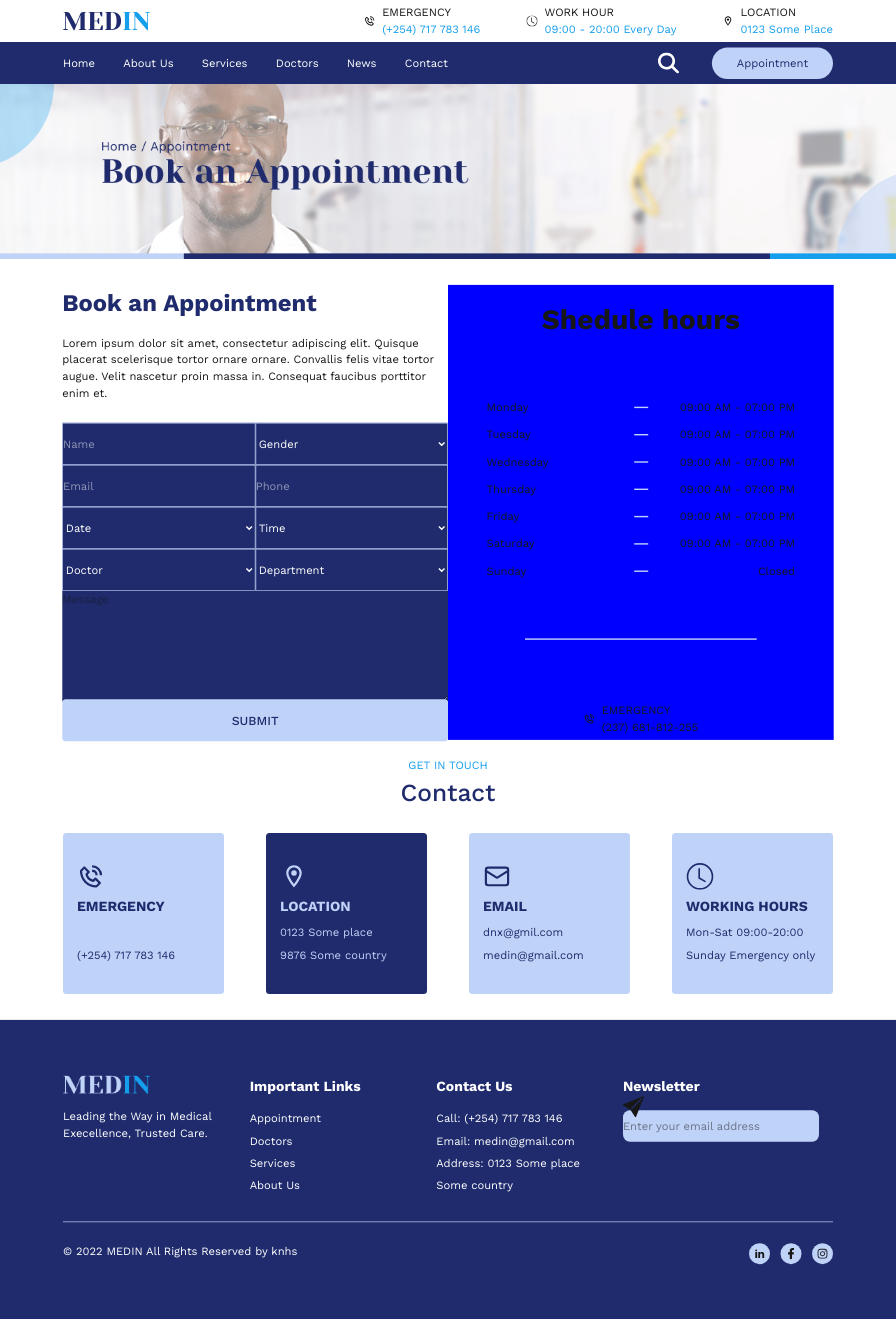
Repository: SynHK3/Poc_Hospital
Page: /appointment (app in fe_hospital/)
These files come from the project's save history. The page is drawn as it stood at one moment and after the next save; the edit follows.
The browser window is 1280 px wide. The pictures show the whole page, at 70% of full size.
The project was rebuilt for these pictures with package versions that can differ from the ones it lists, and the page was loaded fresh each time. The framework's server and built-in components were replaced by stand-ins that run in the browser. Also part of the build but not shown: fe_hospital/next.config.ts.

Above is the page before, as saved 2025-09-02 22:51:50.

### fe_hospital/src/app/layout.tsx
import type { Metadata } from "next";
import { Geist, Geist_Mono, Work_Sans } from "next/font/google";
import "./globals.css";

const geistSans = Geist({
  variable: "--font-geist-sans",
  subsets: ["latin"],
});

const geistMono = Geist_Mono({
  variable: "--font-geist-mono",
  subsets: ["latin"],
});

const workSans = Work_Sans({
  subsets: ["latin"],
  weight: ["400", "500", "600", "700"], // chọn các weight cần
});

export const metadata: Metadata = {
  title: "Create Next App",
  description: "Generated by create next app",
};

export default function RootLayout({
  children,
}: Readonly<{
  children: React.ReactNode;
}>) {
  return (
    <html lang="en">
      <body
        className={`${workSans.className} ${geistMono.variable} antialiased`}
      >
        {children}
      </body>
    </html>
  );
}

### fe_hospital/src/app/appointment/page.tsx
import Header from "@/components/header/header";
import "./appointment.css";
import Contact from "@/components/contact/contact";
import Footer from "@/components/footer/footer";

import { BiPhoneCall } from "react-icons/bi";

export default function Appointment() {
  return (
    <div>
      <Header></Header>
      <div className="container__content--appointment">
        <div className="content__banner--appointment"></div>

        <div className="content--form--appointment">
          <div className="layout__content--submit--form--appointment">
            {/* Start Form Book Appointment */}
            <div className="container__form--submit--appointment">
              <h1 className="form__title">Book an Appointment</h1>
              <p className="form__description">
                Lorem ipsum dolor sit amet, consectetur adipiscing elit. Quisque
                placerat scelerisque tortor ornare ornare. Convallis felis vitae
                tortor augue. Velit nascetur proin massa in. Consequat faucibus
                porttitor enim et.
              </p>
              <form className="form__appointment">
                <div className="form__group">
                  <input
                    type="text"
                    placeholder="Name"
                    className="form__input form__input--half"
                  />
                  <select className="form__select form__select--half">
                    <option>Gender</option>
                  </select>
                </div>
                <div className="form__group">
                  <input
                    type="email"
                    placeholder="Email"
                    className="form__input form__input--half"
                  />
                  <input
                    type="tel"
                    placeholder="Phone"
                    className="form__input form__input--half"
                  />
                </div>
                <div className="form__group">
                  <select className="form__select form__select--half">
                    <option>Date</option>
                  </select>
                  <select className="form__select form__select--half">
                    <option>Time</option>
                  </select>
                </div>
                <div className="form__group">
                  <select className="form__select form__select--half">
                    <option>Doctor</option>
                  </select>
                  <select className="form__select form__select--half">
                    <option>Department</option>
                  </select>
                </div>
                <textarea
                  placeholder="Message"
                  className="form__textarea"
                ></textarea>
                <button type="submit" className="btn__submit--appointment">
                  SUBMIT
                </button>
                {/* End Form Book Appointment */}
              </form>
            </div>

            {/* Start Shedule Appoinment */}
            <div className="container__shedule--appointment">
              <h2 className="shedule__title">Shedule hours</h2>
              <ul className="shedule__list">
                <li className="shedule__item">
                  <span className="day">Monday</span>
                  <span className="line--day--time"></span>
                  <span className="time">09:00 AM - 07:00 PM</span>
                </li>
                <li className="shedule__item">
                  <span className="day">Tuesday</span>
                  <span className="line--day--time"></span>
                  <span className="time">09:00 AM - 07:00 PM</span>
                </li>
                <li className="shedule__item">
                  <span className="day">Wednesday</span>
                  <span className="line--day--time"></span>
                  <span className="time">09:00 AM - 07:00 PM</span>
                </li>
                <li className="shedule__item">
                  <span className="day">Thursday</span>
                  <span className="line--day--time"></span>
                  <span className="time">09:00 AM - 07:00 PM</span>
                </li>
                <li className="shedule__item">
                  <span className="day">Friday</span>
                  <span className="line--day--time"></span>
                  <span className="time">09:00 AM - 07:00 PM</span>
                </li>
                <li className="shedule__item">
                  <span className="day">Saturday</span>
                  <span className="line--day--time"></span>
                  <span className="time">09:00 AM - 07:00 PM</span>
                </li>
                <li className="shedule__item">
                  <span className="day">Sunday</span>
                  <span className="line--day--time"></span>
                  <span className="time">Closed</span>
                </li>
              </ul>

              <div className="shedule__line"></div>

              <div className="shedule__info--contact">
                <div className="shedule__info--contact--item">
                  <BiPhoneCall className="icon__info--item"></BiPhoneCall>

                  <div className="shedule__info--contact--desc">
                    <h3>EMERGENCY</h3>
                    <h5>(237) 681-812-255</h5>
                  </div>
                </div>
              </div>

              {/* End Schedule Hours */}
            </div>
          </div>
        </div>
      </div>
      <Contact></Contact>
      <Footer></Footer>
    </div>
  );
}

### fe_hospital/src/components/header/header.tsx
import Logo from "../../images/Logo.svg";
import Image from "next/image";
import { BiPhoneCall } from "react-icons/bi";
import { FaMagnifyingGlass } from "react-icons/fa6";
import { BsClock } from "react-icons/bs";
import { MdOutlineLocationOn } from "react-icons/md";
import "./header.css";

export default function Header() {
  return (
    <div className="container__header">
      <div className="header__layout">
        <div className="header__headline">
          <Image src={Logo} width={125} height={42} alt=""></Image>

          <div className="header__headline--info">
            <div className="header__headline--info--item">
              <BiPhoneCall className="icon__info--item"></BiPhoneCall>

              <div className="header__headline--info--desc">
                <h3>EMERGENCY</h3>
                <h5>(+254) 717 783 146</h5>
              </div>
            </div>

            <div className="header__headline--info--item">
              <BsClock className="icon__info--item"></BsClock>

              <div className="header__headline--info--desc">
                <h3>WORK HOUR</h3>
                <h5>09:00 - 20:00 Every Day</h5>
              </div>
            </div>

            <div className="header__headline--info--item">
              <MdOutlineLocationOn className="icon__info--item"></MdOutlineLocationOn>

              <div className="header__headline--info--desc">
                <h3>LOCATION</h3>
                <h5>0123 Some Place</h5>
              </div>
            </div>
          </div>
        </div>

        <div className="header__nav">
          <div className="layout__header--nav">
            <ul className="header__list--nav">
              <li>Home</li>
              <li>About Us</li>
              <li>Services</li>
              <li>Doctors</li>
              <li>News</li>
              <li>Contact</li>
            </ul>

            <div className="header__nav--appoinment">
              <FaMagnifyingGlass fontSize={30}></FaMagnifyingGlass>

              <button className="header__btn--appointment">Appointment</button>
            </div>
          </div>
        </div>
      </div>
    </div>
  );
}

### fe_hospital/src/app/appointment/appointment.css
.container__content--appointment {
  width: 100%;
  height: auto;
}

.content__banner--appointment {
  width: 100%;
  height: 250px;
  background-image: url("./images/Content__Header__Appointment.png");
  background-repeat: no-repeat;
  background-size: cover;
  background-position: center;
}

.content--form--appointment {
  display: flex;
  margin-top: 37px;
  width: 100%;
  height: 650px;

  align-items: center;
  justify-content: center;
}

.layout__content--submit--form--appointment {
  display: flex;
  width: 1102px;
  height: 650px;
}

/* CSS Form Appointment */

.container__form--submit--appointment {
  width: 50%;
  height: 650px;
}
.form__title {
  color: #1f2b6c;
  font-weight: bold;
  font-size: 34px;
}

.form__description {
  margin-top: 20px;
}

.form__appointment {
  margin-top: 30px;
}

.form__group {
  display: flex;
}

.form__input,
.form__select {
  width: 100%;
  height: 60px;
  background-color: #1f2b6c;
  border: 1px solid #bfd2f8;
  color: white;
  font-size: 1rem;
}

/* .form__select {
  appearance: none;
  background-image: url('data:[embedded picture, 232 characters]');
  background-repeat: no-repeat;
  background-position: right 15px center;
  background-size: 12px;
} */

.form__textarea {
  width: 100%;
  height: 158px;
  resize: vertical;
  background-color: #1f2b6c;
}

.btn__submit--appointment {
  margin-top: -10px;
  width: 100%;
  height: 60px;
  background-color: #bfd2f8;
  color: #1f2b6c;
  border-radius: 5px;
  font-size: 1.1rem;
  font-weight: 500;
  cursor: pointer;
}

/* End Form Appoint Ment */

/* Start Shedule Appoinment */

.container__shedule--appointment {
  display: flex;
  flex-direction: column;
  align-items: center;
  justify-content: space-between;
  width: 50%;
  height: 650px;
  background-color: blue;
}

.shedule__title {
  font-size: 2.5rem;
  font-weight: bold;
  margin-top: 20px;
  text-align: center;
}

.shedule__list {
  width: 80%;
  margin: 0 auto;
  display: flex;
  flex-direction: column;
  gap: 15px; /* khoảng cách giữa các item */
}

.shedule__item {
  display: flex;
  align-items: center;
}

.shedule__item .day {
  flex: 1;
  text-align: left;
}

.shedule__item .line--day--time {
  width: 20px; /* cố định 10px */
  height: 2px;
  background-color: #bfd2f8;
  margin: 0 8px;
}

.shedule__item .time {
  flex: 1;
  text-align: right;
}

.shedule__line {
  width: 331px;
  height: 2px;
  background-color: #bfd2f8;
}

.shedule__info--contact--item {
  height: 60px;
  display: flex;
  align-items: center;
}

.shedule__info--contact--desc {
}

/* End Shedule Appointment */

### fe_hospital/src/components/contact/contact.tsx
import "./contact.css";

import { BiPhoneCall } from "react-icons/bi";
import { MdOutlineLocationOn } from "react-icons/md";
import { LuMail } from "react-icons/lu";
import { BsClock } from "react-icons/bs";

export default function Contact() {
  return (
    <div className="container__contact">
      <div className="container__layout--contact">
        <div className="content__contact--headline">
          <h6>GET IN TOUCH</h6>
          <h1>Contact</h1>
        </div>

        <ul className="content__list--contact">
          <li>
            <div className="contact--item">
              <BiPhoneCall className="contact__item--icon"></BiPhoneCall>
              <h1>EMERGENCY</h1>

              <h3 style={{ visibility: "hidden" }}>dnx@gmil.com</h3>
              <p>(+254) 717 783 146</p>
            </div>
          </li>
          <li>
            <div className="contact--item">
              <MdOutlineLocationOn className="contact__item--icon"></MdOutlineLocationOn>
              <h1>LOCATION</h1>

              <p>0123 Some place</p>
              <p>9876 Some country</p>
            </div>
          </li>
          <li>
            <div className="contact--item">
              <LuMail className="contact__item--icon"></LuMail>
              <h1>EMAIL</h1>

              <p>dnx@gmil.com</p>
              <p>medin@gmail.com</p>
            </div>
          </li>
          <li>
            <div className="contact--item">
              <BsClock className="contact__item--icon"></BsClock>
              <h1 className="headline--item">WORKING HOURS</h1>

              <p>Mon-Sat 09:00-20:00</p>
              <p>Sunday Emergency only</p>
            </div>
          </li>
        </ul>
      </div>
    </div>
  );
}

### fe_hospital/src/components/footer/footer.tsx
import "./footer.css";
import { RiLinkedinFill } from "react-icons/ri";
import { FaFacebookF } from "react-icons/fa";
import { FaInstagram } from "react-icons/fa";
import Image from "next/image";
import LogoFooter from "../../images/Logo__Footer.png";
import { BsFillSendFill } from "react-icons/bs";

export default function Footer() {
  return (
    <div className="container__footer">
      <div className="container__layout--footer">
        <ul className="list__footer--item">
          <li>
            <div>
              <Image src={LogoFooter} width={125} height={42} alt=""></Image>
              <h1 className="headline__footer">
                Leading the Way in Medical Execellence, Trusted Care.
              </h1>
            </div>
          </li>
          <li>
            <div>
              <h1 className="footer--item--headline">Important Links</h1>
              <ul className="list--item--footer--link">
                <li>Appointment</li>
                <li>Doctors</li>
                <li>Services</li>
                <li>About Us</li>
              </ul>
            </div>
          </li>

          <li>
            <div>
              <h1 className="footer--item--headline">Contact Us</h1>
              <ul className="list--item--footer--contact">
                <li>Call: (+254) 717 783 146</li>
                <li>Email: medin@gmail.com</li>
                <li>Address: 0123 Some place</li>
                <li>Some country</li>
              </ul>
            </div>
          </li>
          <li>
            <div>
              <h1 className="footer--item--headline">Newsletter</h1>
              <div className="container__input--send--mail">
                <input
                  className="input__footer--send--mail"
                  placeholder="Enter your email address"
                ></input>

                <BsFillSendFill
                  className="footer__icon--send--mail"
                  fontSize={30}
                ></BsFillSendFill>
              </div>
            </div>
          </li>
        </ul>

        <div className="footer--line"></div>

        <div className="footer--link--social">
          <h3>© 2022 MEDIN All Rights Reserved by knhs</h3>

          <ul className="list--icon--link--social">
            <li>
              <RiLinkedinFill></RiLinkedinFill>
            </li>
            <li>
              <FaFacebookF></FaFacebookF>
            </li>
            <li>
              <FaInstagram></FaInstagram>
            </li>
          </ul>
        </div>
      </div>
    </div>
  );
}

### fe_hospital/src/components/header/header.css
.container__header {
  width: 100%;
  height: 120px;
}

.header__layout {
  display: flex;
  flex-direction: column;
  align-items: center;
  width: 100%;
}

.header__headline {
  display: flex;
  justify-content: space-between;
  width: 1100px;
  height: 60px;
}

.header__headline--info {
  width: 670px;
  display: flex;
  justify-content: space-between;
}

.header__headline--info--desc > h5 {
  color: #159eec;
}

.header__headline--info--item {
  height: 60px;
  display: flex;
  align-items: center;
}

.icon__info--item {
  font-size: 30;
  margin-right: 10px;
}

/* Header Nav */

.header__nav {
  display: flex;
  align-items: center;
  justify-content: center;
  width: 100%;
  height: 60px;
  background-color: #1f2b6c;
  color: white;
}

.layout__header--nav {
  display: flex;
  justify-content: space-between;
  align-items: center;
  width: 1100px;
  height: 60px;
}

.header__list--nav {
  width: 550px;
  display: flex;
  justify-content: space-between;
}

.header__nav--appoinment {
  width: 250px;
  height: 45px;
  display: flex;
  justify-content: space-between;
  align-items: center;
}

.header__btn--appointment {
  color: #1f2b6c;
  width: 173px;
  height: 45px;
  background-color: #bfd2f8;
  border-radius: 30px;
}

### fe_hospital/src/components/contact/contact.css
.container__contact {
  display: flex;
  width: 100%;
  height: 400px;
  justify-content: center;
}

.container__layout--contact {
  display: flex;
  flex-direction: column;
  justify-content: space-between;
  width: 1100px;
  height: 363px;
}

.content__contact--headline {
  display: flex;
  flex-direction: column;
  width: 100%;
  height: 127px;
  align-items: center;
  justify-content: center;
}

.content__list--contact {
  display: flex;
  justify-content: space-between;
  align-items: center;
}

.content__contact--headline > h1 {
  font-size: 35px;
  font-weight: 500;
  color: #1f2b6c;
}
.content__contact--headline > h6 {
  color: #159eec;
}

.content__list--contact > li {
  display: flex;
  align-items: center;
  width: 230px;
  height: 230px;
  background-color: #bfd2f8;
  border-radius: 5px;
}

.content__list--contact > li:nth-child(2) {
  background-color: #1f2b6c;
}

.content__list--contact > li:nth-child(2) > div > p,
.content__list--contact > li:nth-child(2) > div > h1,
.content__list--contact > li:nth-child(2) > div > .contact__item--icon {
  color: #bfd2f8;
}

.contact--item {
  margin-left: 20px;
  display: flex;
  flex-direction: column;
  justify-content: space-between;
  width: 126px;
  height: 145px;
}

.contact--item > h1 {
  width: 230px;
  font-size: 20px;
  font-weight: 700;
  color: #1f2b6c;
}

.contact--item > p {
  width: 230px;
  color: #1f2b6c;
}

.headline--item {
  width: 140px;
}

.contact__item--icon {
  width: 40px;
  height: 38px;
  color: #1f2b6c;
}

### fe_hospital/src/components/footer/footer.css
.container__footer {
  display: flex;
  width: 100%;
  height: 427px;
  justify-content: center;
  align-items: center;
  background-color: #1f2b6c;
}

.container__layout--footer {
  display: flex;
  flex-direction: column;
  justify-content: space-between;
  width: 1100px;
  height: 270px;
}

/* Footer Items  */
.list__footer--item {
  display: flex;
  justify-content: space-between;
  height: 179px;
}

.footer--item--headline {
  color: white;
  font-weight: 700;
  font-size: 20px;
}

.list__footer--item > li {
  width: 220px;
  height: 179px;
}

.list__footer--item > li:last-child {
  display: flex;
  width: 300px;
}

.headline__footer {
  width: 250px;
  color: white;
}

/* Input SEND MAIL */
.container__input--send--mail {
  position: relative;
  width: 280px;
  display: flex;
  justify-content: space-between;
}

.input__footer--send--mail {
  width: 300px;
  height: 45px;
  background-color: #bfd2f8;
  border-radius: 10px;
}

.footer__icon--send--mail {
  position: absolute;
  right: 10;
  margin-top: 27;
}

.headline__footer,
.list--item--footer--link,
.list--item--footer--contact,
.input__footer--send--mail {
  margin-top: 20px;
}

.list--item--footer--link,
.list--item--footer--contact {
  display: flex;
  flex-direction: column;
  justify-content: space-between;
  height: 120px;
  color: white;
}

/* Footer Line */

.footer--line {
  width: 100%;
  height: 1px;
  background-color: #bfd2f8;
}

.footer--link--social {
  justify-content: space-between;
  display: flex;
}

.footer--link--social > h3 {
  color: white;
}

.list--icon--link--social {
  display: flex;
  justify-content: space-between;
  width: 120px;
}

.list--icon--link--social > li {
  display: flex;
  align-items: center;
  justify-content: center;
  width: 30px;
  height: 30px;
  background-color: #bfd2f8;
  border-radius: 50%;
}

Loaded but not shown: fe_hospital/src/app/globals.css (common file)

After the next save:
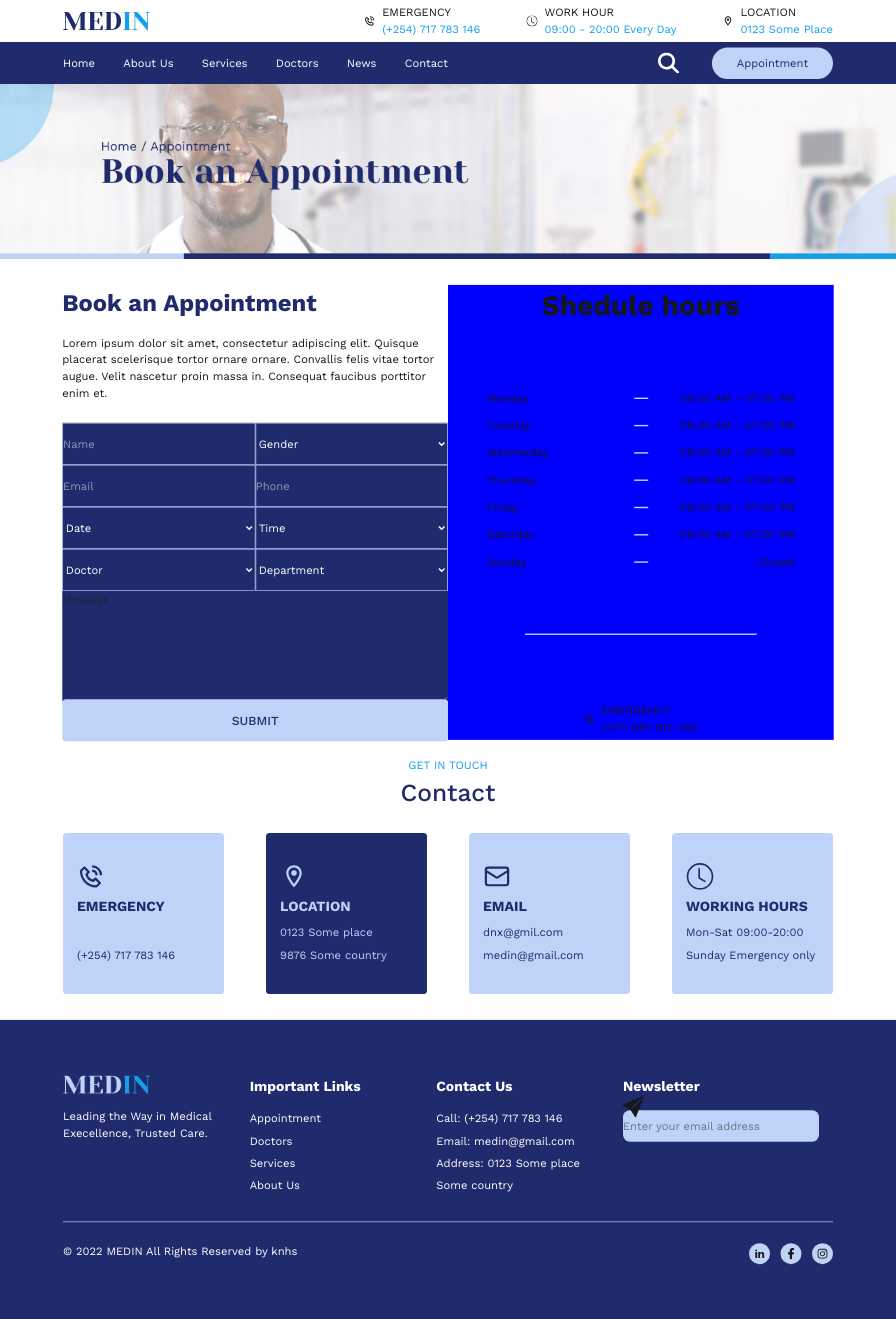
Saved 20 s later.
--- a/fe_hospital/src/app/appointment/appointment.css
+++ b/fe_hospital/src/app/appointment/appointment.css
@@ -106,7 +106,7 @@
 .shedule__title {
   font-size: 2.5rem;
   font-weight: bold;
-  margin-top: 20px;
+
   text-align: center;
 }
 
